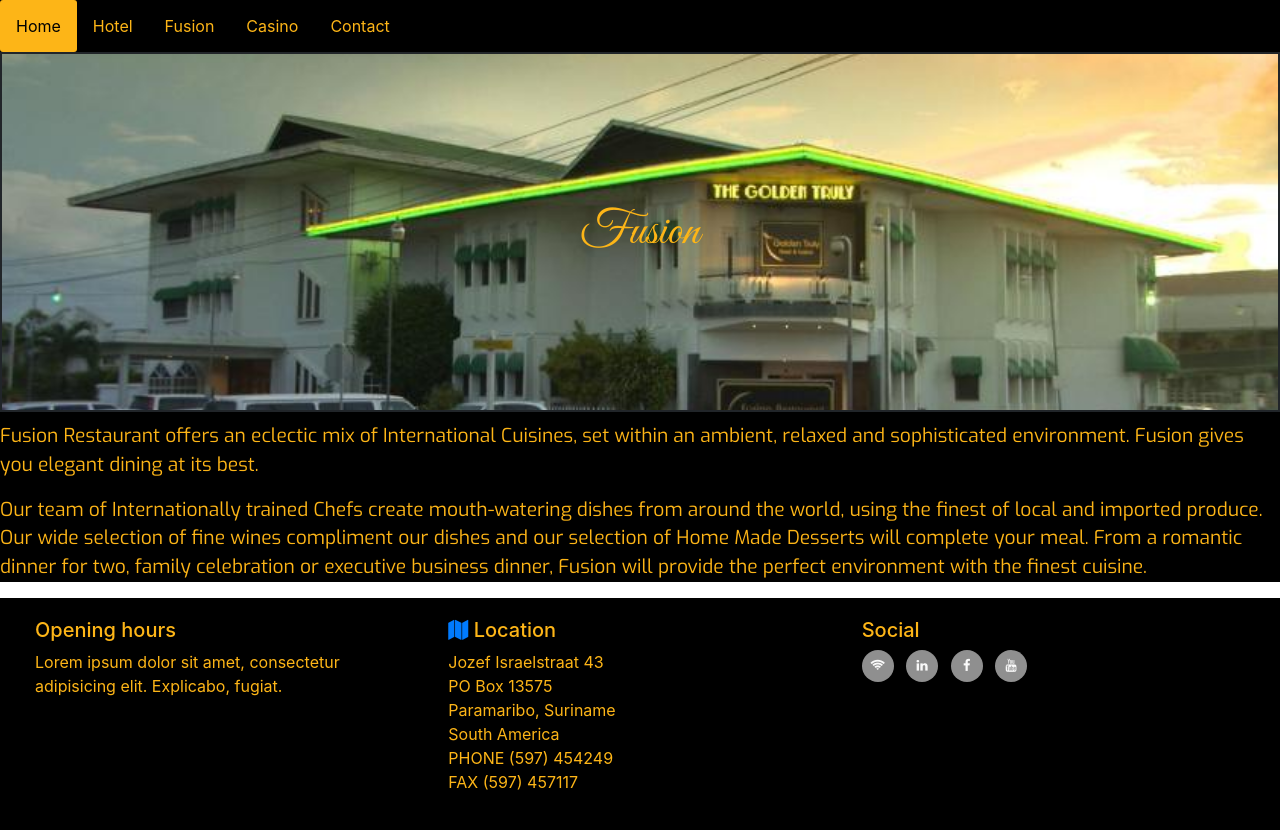
Repository: Code-Institute-Submissions/anthonycaf-Milestone1
Page: fusion.html
The author's editor kept a record of every edit. The page is drawn from the files as they stood at one moment, then again after the next edit.
The browser window is 1280 px wide. The pictures show the whole page.

Above is the page before.

After the next edit:
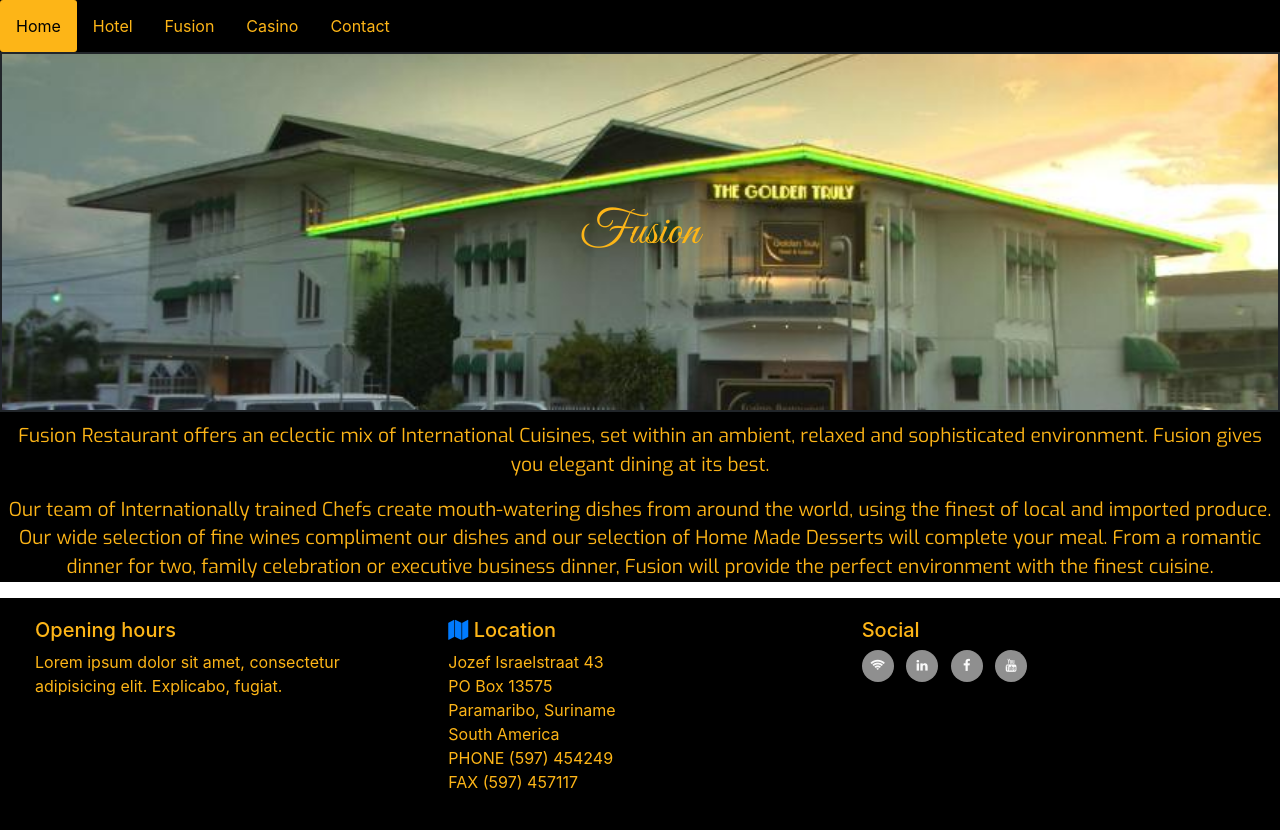
The edit:
--- a/fusion.html
+++ b/fusion.html
@@ -28,7 +28,7 @@
   </div>
  </header>
  <main>
- <section class="fustion">
+ <section class="fustion text-center">
      <p>Fusion Restaurant offers an eclectic mix of International Cuisines,
      set within an ambient, relaxed and  sophisticated environment.
      Fusion gives you elegant dining at its best.</p>
